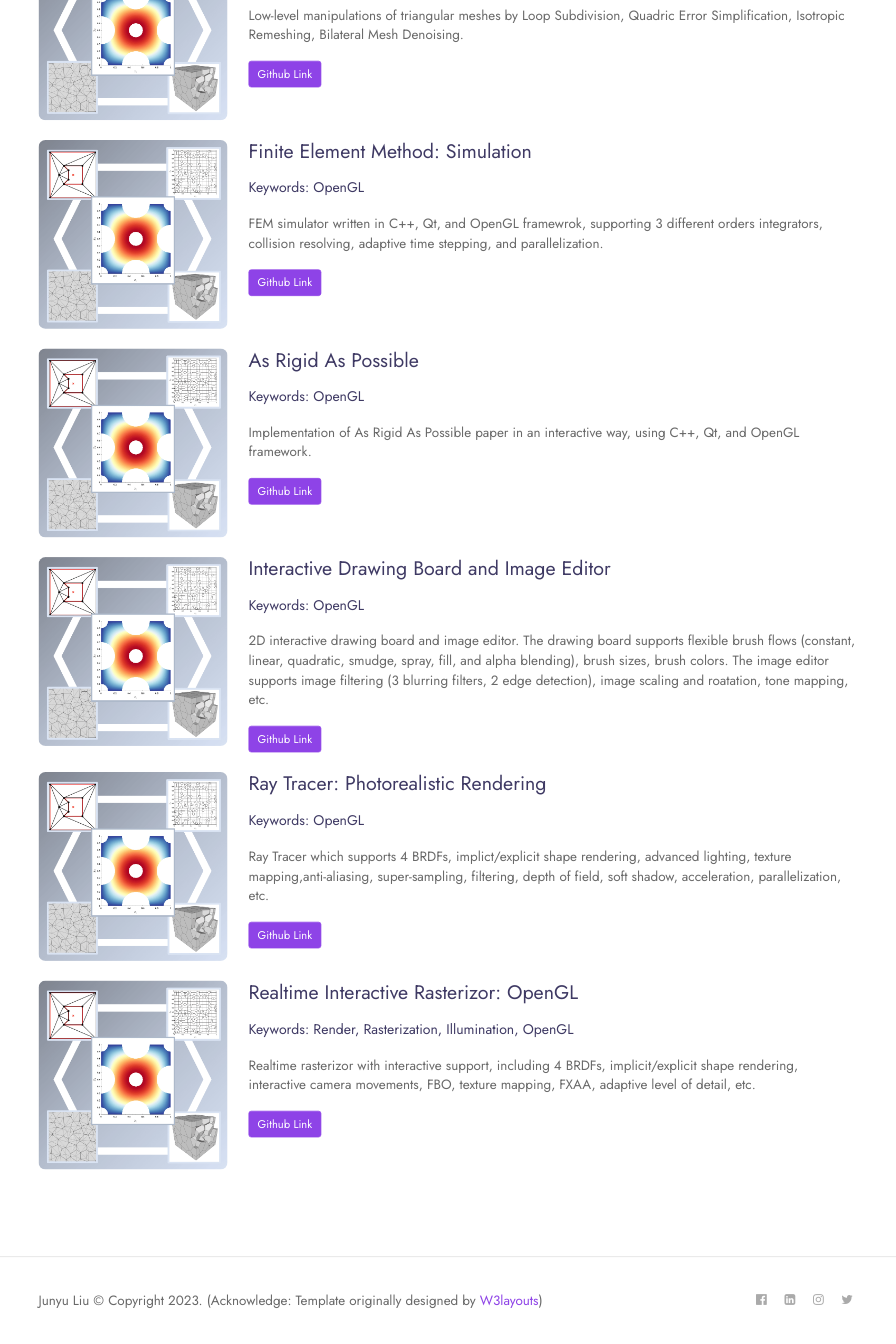
Repository: Junyu-Liu-Nate/junyu-liu-nate.github.io
Page: project.html
An editor plug-in stored every save of this project. The page is shown before and after the next save, followed by the edit.
The browser window is 1280 px wide. The pictures show the part of the page from y = 1137 to 3057 px (the page is 3057 px tall), at 70% of full size.

Above is the page before, as saved 2024-04-10 19:11:57.
Console error: TypeError: Cannot read properties of null (reading 'classList')

### project.html
<!--
Author: Junyu Liu
Author: W3layouts
Author URL: http://w3layouts.com
-->
<!doctype html>
<html lang="en">

<head>
  <!-- Required meta tags -->
  <meta charset="utf-8">
  <meta name="viewport" content="width=device-width, initial-scale=1, shrink-to-fit=no">

  <title>Junyu Liu - Projects</title>

  <!-- google fonts -->
  <link href="//fonts.googleapis.com/css2?family=Jost:wght@300;400;600&display=swap" rel="stylesheet">

  <!-- Template CSS -->
  <link rel="stylesheet" href="assets/css/style-starter.css">
</head>

<body>
<!-- header -->
<header id="site-header" class="fixed-top">
  <div class="container">
      <nav class="navbar navbar-expand-lg stroke">
          <a class="navbar-brand" href="index.html">
              <span class="fa fa-laptop"></span> Junyu Liu
          </a>
          <!-- if logo is image enable this
      <a class="navbar-brand" href="#index.html">
          <img src="image-path" alt="Your logo" title="Your logo" style="height:35px;" />
      </a> -->
          <button class="navbar-toggler  collapsed bg-gradient" type="button" data-toggle="collapse"
              data-target="#navbarTogglerDemo02" aria-controls="navbarTogglerDemo02" aria-expanded="false"
              aria-label="Toggle navigation">
              <span class="navbar-toggler-icon fa icon-expand fa-bars"></span>
              <span class="navbar-toggler-icon fa icon-close fa-times"></span>
              </span>
          </button>

          <div class="collapse navbar-collapse" id="navbarTogglerDemo02">
            <ul class="navbar-nav ml-auto">
                <li class="nav-item active">
                    <a class="nav-link" href="index.html">Home <span class="sr-only">(current)</span></a>
                </li>
                <li class="nav-item @@research_active">
                    <a class="nav-link" href="research.html">Research</a>
                </li>
                <li class="nav-item @@project_active">
                  <a class="nav-link" href="project.html">Project</a>
                </li>
                <li class="nav-item @@service_active">
                  <a class="nav-link" href="service.html">Service</a>
                </li>
                <li class="nav-item @@art_active">
                    <a class="nav-link" href="art.html">Art</a>
                </li>
            </ul>
        </div>
          <!-- toggle switch for light and dark theme -->
          <div class="mobile-position">
              <nav class="navigation">
                  <div class="theme-switch-wrapper">
                      <label class="theme-switch" for="checkbox">
                          <input type="checkbox" id="checkbox">
                          <div class="mode-container">
                              <i class="gg-sun"></i>
                              <i class="gg-moon"></i>
                          </div>
                      </label>
                  </div>
              </nav>
          </div>
          <!-- //toggle switch for light and dark theme -->
      </nav>
  </div>
</header>
<!-- //header -->

<!-- about breadcrumb -->
<section class="w3l-about-breadcrumb text-center">
    <div class="breadcrumb-bg breadcrumb-bg-about py-sm-5 py-4">
        <div class="container py-2">
            <h2 class="title">Code Projects</h2>
            <ul class="breadcrumbs-custom-path mt-2">
                <li><a href="index.html">Home</a></li>
                <li class="active"><span class="fa fa-arrow-right mx-2" aria-hidden="true"></span> Code Projects </li>
            </ul>
            <br>
            <h5>Selection of my implementation of papers/algorithms, tools, course projects, and all other fun implementations.</h5>
        </div>
    </div>
</section>
<!-- //about breadcrumb -->

<!-- about page about section -->
<section class="w3l-aboutblock1" id="about">
    <div class="midd-w3 py-5">
        <div class="container py-lg-5 py-md-3">
              <div class="row">
                <div class="col-lg-3">
                  <div class="position-relative">
                      <img src="assets/images/project/thumnail/port-FEM-vs-VEM.png" alt="" class="radius-image img-fluid">
                  </div>
                </div>
                <div class="col-lg-9 mt-lg-0 mt-5">
                    <!-- <h5 class="title-small mb-2">Hello, I am UI/UX Designer</h5> -->
                    <h3 class="title">Realtime Interactive Particle System and Procedural Terrain Modeling</h3>
                    <br>
                    <h5>Keywords: OpenGL</h5>
                    <br>
                    <p>
                      Realtime simulation for nature, which includes particle systems for snow simulation, procedural generation algorithms for terrain, physics-based dynamic systems for snow-terrain interaction, and a dynamic weather system.
                    </p>
                    <br>
                    <div>
                      <a href="https://github.com/Junyu-Liu-Nate/Realtime-Interactive-Particle-System-Procedural-Modeling-OpenGL" class="btn btn-primary">Github Link</a>
                    </div>
                </div>
            </div>

            <p><br></p>

            <div class="row">
              <div class="col-lg-3">
                <div class="position-relative">
                    <img src="assets/images/project/thumnail/port-FEM-vs-VEM.png" alt="" class="radius-image img-fluid">
                </div>
              </div>
              <div class="col-lg-9 mt-lg-0 mt-5">
                  <!-- <h5 class="title-small mb-2">Hello, I am UI/UX Designer</h5> -->
                  <h3 class="title">Path Tracer: Physics-Based Rendering</h3>
                  <br>
                  <h5>Keywords: OpenGL</h5>
                  <br>
                  <p>
                    Physics-based renderer using Monte Carlo sampling of path tracing, supporting 6 BRDFs, soft shadows, indirect illumination, Russian Roulette path termination, SDR/HDR tone mapping, attenuate refraction, stratified sampling, depth of field, low discrepancy sampling, BRDF importance sampling.
                  </p>
                  <br>
                  <div>
                    <a href="https://github.com/Junyu-Liu-Nate/Path-Tracer-Physics-Based-Rendering" class="btn btn-primary">Github Link</a>
                  </div>
              </div>
            </div>

            <p><br></p>

            <div class="row">
              <div class="col-lg-3">
                <div class="position-relative">
                    <img src="assets/images/project/thumnail/port-FEM-vs-VEM.png" alt="" class="radius-image img-fluid">
                </div>
              </div>
              <div class="col-lg-9 mt-lg-0 mt-5">
                  <!-- <h5 class="title-small mb-2">Hello, I am UI/UX Designer</h5> -->
                  <h3 class="title">Mesh Editing: Geometry Processing</h3>
                  <br>
                  <h5>Keywords: OpenGL</h5>
                  <br>
                  <p>
                    Low-level manipulations of triangular meshes by Loop Subdivision, Quadric Error Simplification, Isotropic Remeshing, Bilateral Mesh Denoising.
                  </p>
                  <br>
                  <div>
                    <a href="https://github.com/Junyu-Liu-Nate/Mesh-Editing-Geometry-Processing" class="btn btn-primary">Github Link</a>
                  </div>
              </div>
            </div>

            <p><br></p>

            <div class="row">
              <div class="col-lg-3">
                <div class="position-relative">
                    <img src="assets/images/project/thumnail/port-FEM-vs-VEM.png" alt="" class="radius-image img-fluid">
                </div>
              </div>
              <div class="col-lg-9 mt-lg-0 mt-5">
                  <!-- <h5 class="title-small mb-2">Hello, I am UI/UX Designer</h5> -->
                  <h3 class="title">Finite Element Method: Simulation</h3>
                  <br>
                  <h5>Keywords: OpenGL</h5>
                  <br>
                  <p>
                    FEM simulator written in C++, Qt, and OpenGL framewrok, supporting 3 different orders integrators, collision resolving, adaptive time stepping, and parallelization.
                  </p>
                  <br>
                  <div>
                    <a href="https://github.com/Junyu-Liu-Nate/Finite-Element-Method-Simulation" class="btn btn-primary">Github Link</a>
                  </div>
              </div>
            </div>

            <p><br></p>

            <div class="row">
              <div class="col-lg-3">
                <div class="position-relative">
                    <img src="assets/images/project/thumnail/port-FEM-vs-VEM.png" alt="" class="radius-image img-fluid">
                </div>
              </div>
              <div class="col-lg-9 mt-lg-0 mt-5">
                  <!-- <h5 class="title-small mb-2">Hello, I am UI/UX Designer</h5> -->
                  <h3 class="title">As Rigid As Possible</h3>
                  <br>
                  <h5>Keywords: OpenGL</h5>
                  <br>
                  <p>
                    Implementation of As Rigid As Possible paper in an interactive way, using C++, Qt, and OpenGL framework.
                  </p>
                  <br>
                  <div>
                    <a href="https://github.com/Junyu-Liu-Nate/As-Rigid-As-Possible" class="btn btn-primary">Github Link</a>
                  </div>
              </div>
            </div>

            <p><br></p>

            <div class="row">
              <div class="col-lg-3">
                <div class="position-relative">
                    <img src="assets/images/project/thumnail/port-FEM-vs-VEM.png" alt="" class="radius-image img-fluid">
                </div>
              </div>
              <div class="col-lg-9 mt-lg-0 mt-5">
                  <!-- <h5 class="title-small mb-2">Hello, I am UI/UX Designer</h5> -->
                  <h3 class="title">Interactive Drawing Board and Image Editor</h3>
                  <br>
                  <h5>Keywords: OpenGL</h5>
                  <br>
                  <p>
                    2D interactive drawing board and image editor. The drawing board supports flexible brush flows (constant, linear, quadratic, smudge, spray, fill, and alpha blending), brush sizes, brush colors. The image editor supports image filtering (3 blurring filters, 2 edge detection), image scaling and roatation, tone mapping, etc.
                  </p>
                  <br>
                  <div>
                    <a href="https://github.com/Junyu-Liu-Nate/Interactive-Drawing-Board-and-Image-Editor" class="btn btn-primary">Github Link</a>
                  </div>
              </div>
            </div>

            <p><br></p>

            <div class="row">
              <div class="col-lg-3">
                <div class="position-relative">
                    <img src="assets/images/project/thumnail/port-FEM-vs-VEM.png" alt="" class="radius-image img-fluid">
                </div>
              </div>
              <div class="col-lg-9 mt-lg-0 mt-5">
                  <!-- <h5 class="title-small mb-2">Hello, I am UI/UX Designer</h5> -->
                  <h3 class="title">Ray Tracer: Photorealistic Rendering</h3>
                  <br>
                  <h5>Keywords: OpenGL</h5>
                  <br>
                  <p>
                    Ray Tracer which supports 4 BRDFs, implict/explicit shape rendering, advanced lighting, texture mapping,anti-aliasing, super-sampling, filtering, depth of field, soft shadow, acceleration, parallelization, etc.
                  </p>
                  <br>
                  <div>
                    <a href="https://github.com/Junyu-Liu-Nate/Ray-Tracer-Photorealistic-Rendering" class="btn btn-primary">Github Link</a>
                  </div>
              </div>
            </div>

            <p><br></p>

            <div class="row">
              <div class="col-lg-3">
                <div class="position-relative">
                    <img src="assets/images/project/thumnail/port-FEM-vs-VEM.png" alt="" class="radius-image img-fluid">
                </div>
              </div>
              <div class="col-lg-9 mt-lg-0 mt-5">
                  <!-- <h5 class="title-small mb-2">Hello, I am UI/UX Designer</h5> -->
                  <h3 class="title">Realtime Interactive Rasterizor: OpenGL</h3>
                  <br>
                  <h5>Keywords: Render, Rasterization, Illumination, OpenGL</h5>
                  <br>
                  <p>
                    Realtime rasterizor with interactive support, including 4 BRDFs, implicit/explicit shape rendering, interactive camera movements, FBO, texture mapping, FXAA, adaptive level of detail, etc.
                  </p>
                  <br>
                  <div>
                    <a href="https://github.com/Junyu-Liu-Nate/Realtime-Interactive-Rasterizor-OpenGL" class="btn btn-primary">Github Link</a>
                  </div>
              </div>
            </div>

            <p><br></p>
        </div>

    </div>
    </div>
    </div>
</section>
<!-- //about page about section -->

<!-- about page third section -->
<!-- <section class="w3l-content-6 py-5">
    <div class="content-6-mian py-lg-5 py-md-4">
        <div class="container">
            <div class="content-info-in row">
                <div class="content-gd col-lg-6">
                    <h3 class="title-big mb-4">My Research Journey</h3>
                    <p>
                      I began with several Human-Computer Interaction works, focusing on (semi-)autonomous vehicles, with an exploration in interactive toolkit designs, privacy protection techniques, and multi-modal predictions of statistics.
                      <br><br>

                      I pusue my love of Computer Graphics and dig deeper into Physics-based character animation, Geometry Processing, and Simulation. Now, my main interest is Geometry Processing and Digital Fabrication.
                    </p>
                </div>
                <div class="content-gd col-lg-4 offset-lg-1">
                    <br><br><br>
                    <h5><b>Project Topic Coverage</b></h5><br>
                    <div class="progress-info">
                        <h6 class="progress-tittle">Computer Graphics</h6>
                        <div class="progress">
                            <div class="progress-bar progress-bar-striped" role="progressbar" style="width: 36%"
                                aria-valuenow="36" aria-valuemin="0" aria-valuemax="100">
                            </div>
                        </div>
                    </div>
                    <div class="progress-info">
                        <h6 class="progress-tittle">Machine Learning
                        </h6>
                        <div class="progress">
                            <div class="progress-bar progress-bar-striped" role="progressbar" style="width: 55%"
                                aria-valuenow="55" aria-valuemin="0" aria-valuemax="100">
                            </div>
                        </div>
                    </div>
                    <div class="progress-info">
                        <h6 class="progress-tittle">Human-Computer-Interaction</h6>
                        <div class="progress">
                            <div class="progress-bar progress-bar-striped" role="progressbar" style="width: 64%"
                                aria-valuenow="64" aria-valuemin="0" aria-valuemax="100">
                            </div>
                        </div>
                    </div>
                </div>
            </div>
        </div>
    </div>
</section> -->
<!-- about page third section -->

<!-- Footer -->
<section class="w3l-footer py-sm-5 py-4">
  <div class="container">
    <div class="footer-content">
      <div class="row">
        <div class="col-lg-8 footer-left">
          <p class="m-0">Junyu Liu © Copyright 2023. (Acknowledge: Template originally designed by <a href="https://w3layouts.com">W3layouts</a>)</p>
        </div>
        <div class="col-lg-4 footer-right text-lg-right text-center mt-lg-0 mt-3">
          <ul class="social m-0 p-0">
            <li><a href="#facebook"><span class="fa fa-facebook-official"></span></a></li>
            <li><a href="#linkedin"><span class="fa fa-linkedin-square"></span></a></li>
            <li><a href="#instagram"><span class="fa fa-instagram"></span></a></li>
            <li><a href="#twitter"><span class="fa fa-twitter"></span></a></li>
          </ul>
        </div>
      </div>
    </div>
  </div>

  <!-- move top -->
  <button onclick="topFunction()" id="movetop" title="Go to top">
    <span class="fa fa-angle-up"></span>
  </button>
  <script>
    // When the user scrolls down 20px from the top of the document, show the button
    window.onscroll = function () {
      scrollFunction()
    };

    function scrollFunction() {
      if (document.body.scrollTop > 20 || document.documentElement.scrollTop > 20) {
        document.getElementById("movetop").style.display = "block";
      } else {
        document.getElementById("movetop").style.display = "none";
      }
    }

    // When the user clicks on the button, scroll to the top of the document
    function topFunction() {
      document.body.scrollTop = 0;
      document.documentElement.scrollTop = 0;
    }
  </script>
  <!-- /move top -->
</section>
<!-- //Footer -->

<!-- all js scripts and files here -->

<script src="assets/js/theme-change.js"></script><!-- theme switch js (light and dark)-->

<script src="assets/js/jquery-3.3.1.min.js"></script><!-- default jQuery -->

<!-- /typig-text-->
<script>
  const typedTextSpan = document.querySelector(".typed-text");
  const cursorSpan = document.querySelector(".cursor");

  const textArray = ["UI/UX Designer", "Freelancer", "Web developer"];
  const typingDelay = 200;
  const erasingDelay = 10;
  const newTextDelay = 100; // Delay between current and next text
  let textArrayIndex = 0;
  let charIndex = 0;

  function type() {
    if (charIndex < textArray[textArrayIndex].length) {
      if (!cursorSpan.classList.contains("typing")) cursorSpan.classList.add("typing");
      typedTextSpan.textContent += textArray[textArrayIndex].charAt(charIndex);
      charIndex++;
      setTimeout(type, typingDelay);
    } else {
      cursorSpan.classList.remove("typing");
      setTimeout(erase, newTextDelay);
    }
  }

  function erase() {
    if (charIndex > 0) {
      // add class 'typing' if there's none
      if (!cursorSpan.classList.contains("typing")) {
        cursorSpan.classList.add("typing");
      }
      typedTextSpan.textContent = textArray[textArrayIndex].substring(0, 0);
      charIndex--;
      setTimeout(erase, erasingDelay);
    } else {
      cursorSpan.classList.remove("typing");
      textArrayIndex++;
      if (textArrayIndex >= textArray.length) textArrayIndex = 0;
      setTimeout(type, typingDelay);
    }
  }

  document.addEventListener("DOMContentLoaded", function () { // On DOM Load initiate the effect
    if (textArray.length) setTimeout(type, newTextDelay + 250);
  });
</script>
<!-- //typig-text-->

<!-- services owlcarousel -->
<script src="assets/js/owl.carousel.js"></script>

<!-- script for services -->
<script>
  $(document).ready(function () {
    $('.owl-two').owlCarousel({
      loop: true,
      margin: 30,
      nav: false,
      responsiveClass: true,
      autoplay: false,
      autoplayTimeout: 5000,
      autoplaySpeed: 1000,
      autoplayHoverPause: false,
      responsive: {
        0: {
          items: 1,
          nav: false
        },
        480: {
          items: 1,
          nav: false
        },
        700: {
          items: 1,
          nav: false
        },
        1090: {
          items: 3,
          nav: false
        }
      }
    })
  })
</script>
<!-- //script for services -->

<!-- script for tesimonials carousel slider -->
<script>
  $(document).ready(function () {
    $("#owl-demo1").owlCarousel({
      loop: true,
      margin: 20,
      nav: false,
      responsiveClass: true,
      responsive: {
        0: {
          items: 1,
          nav: false
        },
        736: {
          items: 1,
          nav: false
        },
        1000: {
          items: 2,
          nav: false,
          loop: false
        }
      }
    })
  })
</script>
<!-- //script for tesimonials carousel slider -->

<!-- video popup -->
<script src="assets/js/jquery.magnific-popup.min.js"></script>
<script>
  $(document).ready(function () {
    $('.popup-with-zoom-anim').magnificPopup({
      type: 'inline',

      fixedContentPos: false,
      fixedBgPos: true,

      overflowY: 'auto',

      closeBtnInside: true,
      preloader: false,

      midClick: true,
      removalDelay: 300,
      mainClass: 'my-mfp-zoom-in'
    });

    $('.popup-with-move-anim').magnificPopup({
      type: 'inline',

      fixedContentPos: false,
      fixedBgPos: true,

      overflowY: 'auto',

      closeBtnInside: true,
      preloader: false,

      midClick: true,
      removalDelay: 300,
      mainClass: 'my-mfp-slide-bottom'
    });
  });
</script>
<!-- //video popup -->

<!-- stats number counter-->
<script src="assets/js/jquery.waypoints.min.js"></script>
<script src="assets/js/jquery.countup.js"></script>
<script>
  $('.counter').countUp();
</script>
<!-- //stats number counter -->

<!-- disable body scroll which navbar is in active -->
<script>
  $(function () {
    $('.navbar-toggler').click(function () {
      $('body').toggleClass('noscroll');
    })
  });
</script>
<!-- disable body scroll which navbar is in active -->

<!--/MENU-JS-->
<script>
  $(window).on("scroll", function () {
    var scroll = $(window).scrollTop();

    if (scroll >= 80) {
      $("#site-header").addClass("nav-fixed");
    } else {
      $("#site-header").removeClass("nav-fixed");
    }
  });

  //Main navigation Active Class Add Remove
  $(".navbar-toggler").on("click", function () {
    $("header").toggleClass("active");
  });
  $(document).on("ready", function () {
    if ($(window).width() > 991) {
      $("header").removeClass("active");
    }
    $(window).on("resize", function () {
      if ($(window).width() > 991) {
        $("header").removeClass("active");
      }
    });
  });
</script>
<!--//MENU-JS-->

<!-- bootstrap js -->
<script src="assets/js/bootstrap.min.js"></script>

</body>

</html>

Loaded but not shown: assets/css/style-starter.css (library); assets/js/theme-change.js (common file); assets/js/jquery-3.3.1.min.js (library); assets/js/owl.carousel.js (library); assets/js/jquery.magnific-popup.min.js (library); assets/js/jquery.waypoints.min.js (library); assets/js/jquery.countup.js (common file); assets/js/bootstrap.min.js (library)

After the next save:
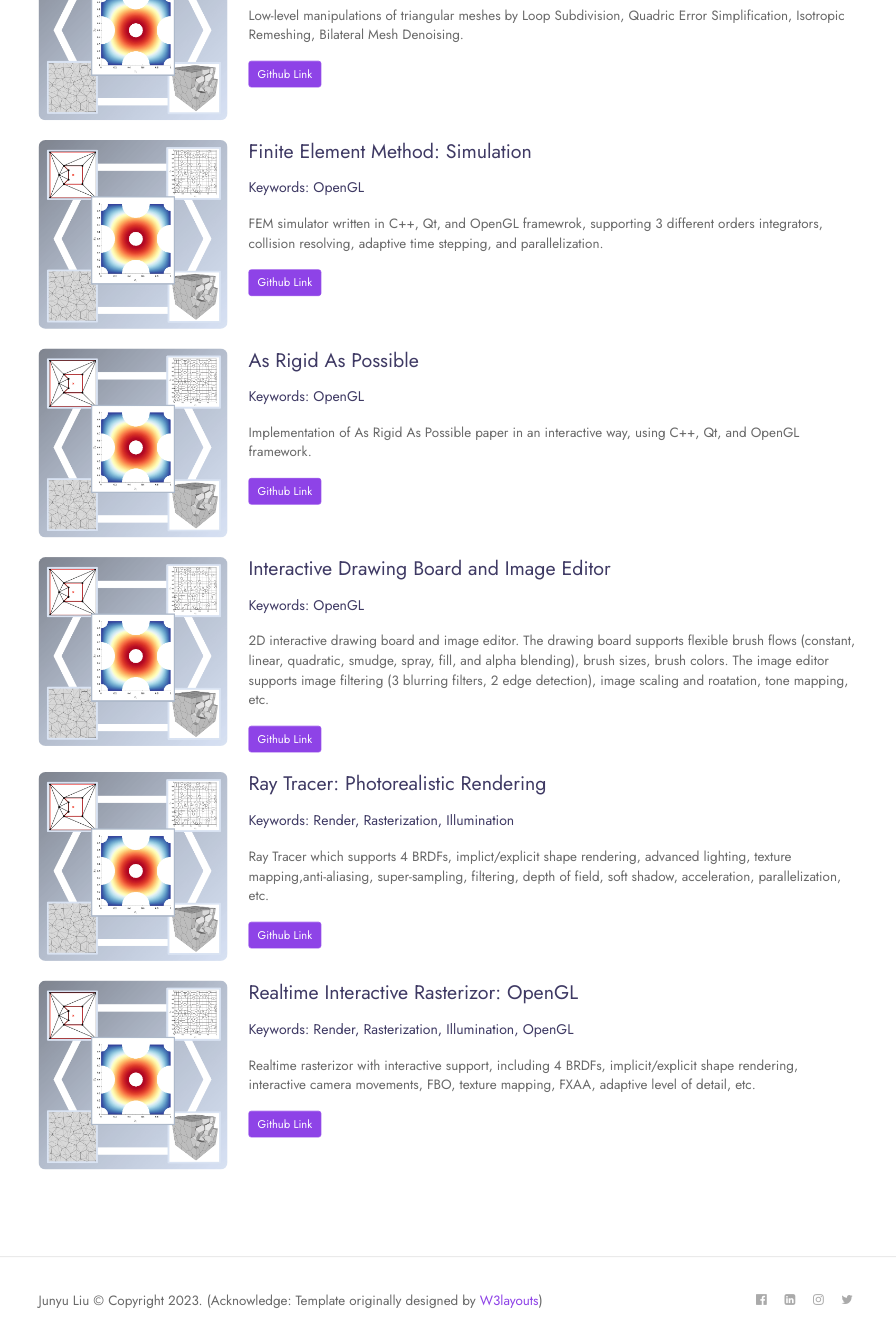
Saved 4 s later.
--- a/project.html
+++ b/project.html
@@ -253,7 +253,7 @@ Author URL: http://w3layouts.com
                   <!-- <h5 class="title-small mb-2">Hello, I am UI/UX Designer</h5> -->
                   <h3 class="title">Ray Tracer: Photorealistic Rendering</h3>
                   <br>
-                  <h5>Keywords: OpenGL</h5>
+                  <h5>Keywords: Render, Rasterization, Illumination</h5>
                   <br>
                   <p>
                     Ray Tracer which supports 4 BRDFs, implict/explicit shape rendering, advanced lighting, texture mapping,anti-aliasing, super-sampling, filtering, depth of field, soft shadow, acceleration, parallelization, etc.
